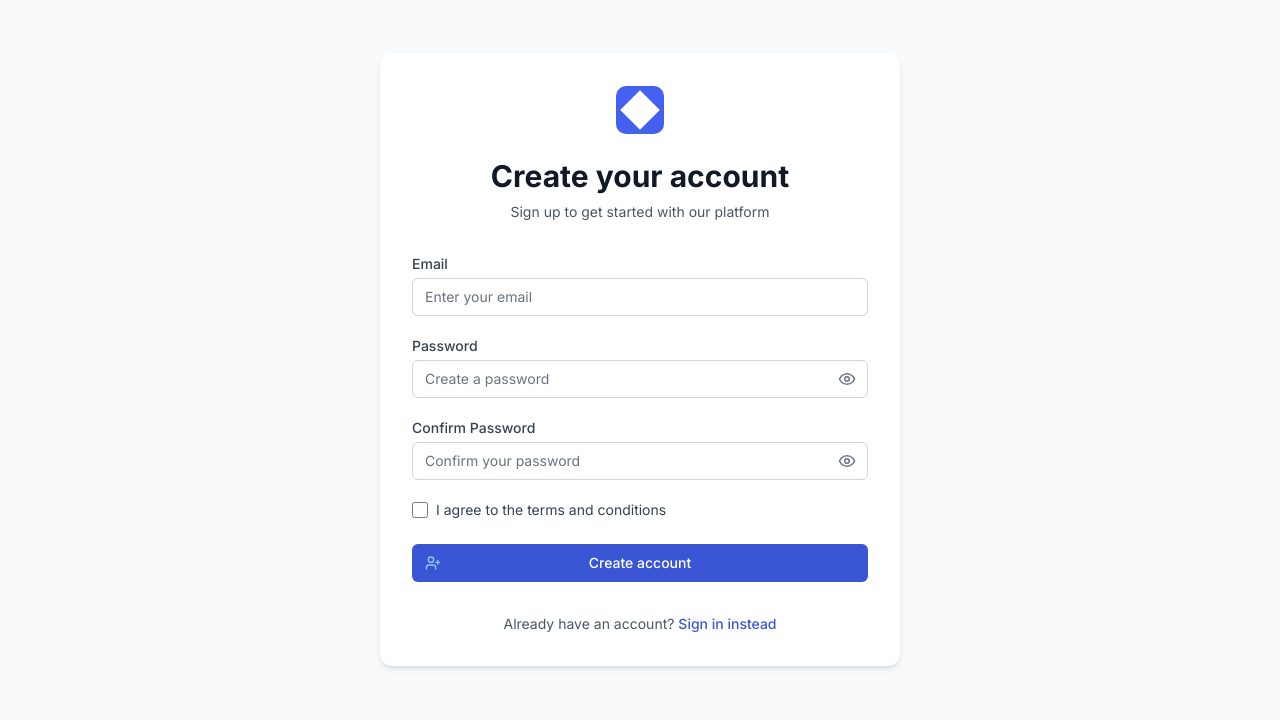
Repository: StoyanStoyanov1/DHS-Team
Page: /auth/register (app in dhs-admin-panel/)
These files come from the project's save history. The page is drawn as it stood at one moment and after the next save; the edit follows.
The browser window is 1280 px wide. The pictures show the whole page.
The page's requests for data from a server got no answer. The project was rebuilt for these pictures with package versions that can differ from the ones it lists, and the page was loaded fresh each time. The framework's server and built-in components were replaced by stand-ins that run in the browser. No one was signed in, and anything a server would have sent is missing. Also part of the build but not shown: dhs-admin-panel/next.config.js, dhs-admin-panel/src/components/SearchBar.tsx, dhs-admin-panel/src/components/Header.tsx, dhs-admin-panel/src/components/NavItem.tsx, dhs-admin-panel/src/components/Sidebar.tsx, dhs-admin-panel/src/components/Breadcrumb.tsx, dhs-admin-panel/src/components/PriveteRoute.tsx, dhs-admin-panel/src/components/Alert.tsx.

Above is the page before, as saved 2025-04-24 09:13:37.

After the next save:
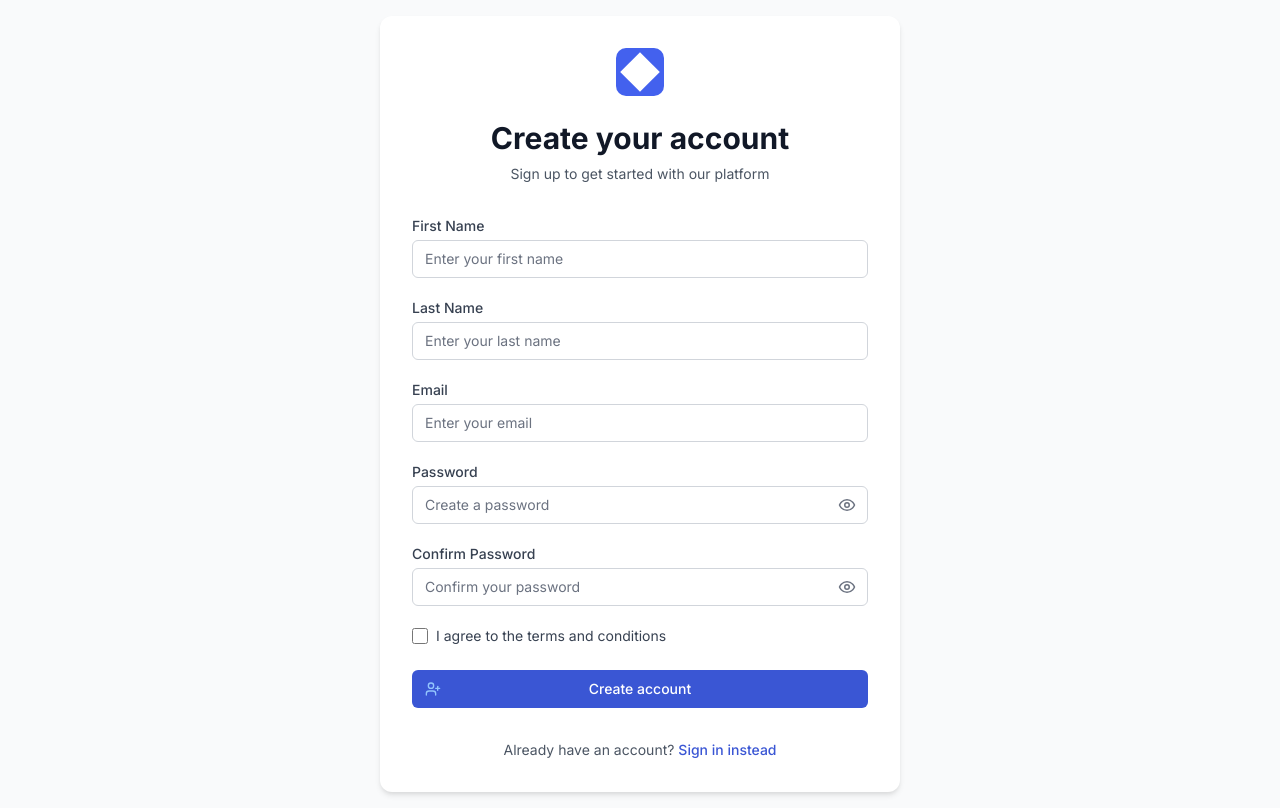
Saved 15 min 59 s later.
--- a/dhs-admin-panel/src/app/auth/register/page.tsx
+++ b/dhs-admin-panel/src/app/auth/register/page.tsx
@@ -13,6 +13,8 @@ export default function RegisterPage() {
     const { register, error, loading, validationErrors, clearErrors, user } = useAuth();
 
     const [formData, setFormData] = useState({
+        firstName: '',
+        lastName: '',
         email: '',
         password: '',
         confirmPassword: '',
@@ -27,7 +29,7 @@ export default function RegisterPage() {
     const handleKeyDown = (e: React.KeyboardEvent<HTMLInputElement>) => {
         if (e.key === 'ArrowDown' || e.key === 'Enter') {
             e.preventDefault();
-            const inputs = ['email', 'password', 'confirmPassword', 'terms'];
+            const inputs = ['firstName', 'lastName', 'email', 'password', 'confirmPassword', 'terms'];
             const currentIndex = inputs.indexOf(currentInput || '');
             const nextIndex = (currentIndex + 1) % inputs.length;
             const nextInput = document.getElementById(inputs[nextIndex]);
@@ -37,7 +39,7 @@ export default function RegisterPage() {
             }
         } else if (e.key === 'ArrowUp') {
             e.preventDefault();
-            const inputs = ['email', 'password', 'confirmPassword', 'terms'];
+            const inputs = ['firstName', 'lastName', 'email', 'password', 'confirmPassword', 'terms'];
             const currentIndex = inputs.indexOf(currentInput || '');
             const prevIndex = (currentIndex - 1 + inputs.length) % inputs.length;
             const prevInput = document.getElementById(inputs[prevIndex]);
@@ -79,8 +81,8 @@ export default function RegisterPage() {
         clearErrors();
 
         // Client-side validation
-        const { email, password, confirmPassword } = formData;
-        const validation = validateRegistrationForm(email, password, confirmPassword);
+        const { firstName, lastName, email, password, confirmPassword } = formData;
+        const validation = validateRegistrationForm(firstName, lastName, email, password, confirmPassword);
 
         if (!validation.valid) {
             setFormErrors(validation.errors);
@@ -88,7 +90,7 @@ export default function RegisterPage() {
         }
 
         // Proceed with registration
-        await register({ email, password, password_confirm: confirmPassword });
+        await register({ firstName, lastName, email, password, password_confirm: confirmPassword });
     };
 
     return (
@@ -118,6 +120,52 @@ export default function RegisterPage() {
 
                 <form className="mt-8 space-y-6" onSubmit={handleSubmit}>
                     <div className="space-y-5">
+                        <div>
+                            <label htmlFor="firstName" className="block text-sm font-medium text-gray-700 mb-1">
+                                First Name
+                            </label>
+                            <input
+                                id="firstName"
+                                name="firstName"
+                                type="text"
+                                required
+                                value={formData.firstName}
+                                onChange={handleInputChange}
+                                onKeyDown={handleKeyDown}
+                                onFocus={() => setCurrentInput('firstName')}
+                                className={`appearance-none relative block w-full px-3 py-2 border ${
+                                    formErrors.firstName ? 'border-red-300 focus:ring-red-500' : 'border-gray-300 focus:ring-blue-500'
+                                } placeholder-gray-500 text-gray-900 rounded-md focus:outline-none focus:ring-2 focus:border-transparent transition-all sm:text-sm`}
+                                placeholder="Enter your first name"
+                            />
+                            {formErrors.firstName && (
+                                <p className="mt-1 text-sm text-red-600">{formErrors.firstName}</p>
+                            )}
+                        </div>
+
+                        <div>
+                            <label htmlFor="lastName" className="block text-sm font-medium text-gray-700 mb-1">
+                                Last Name
+                            </label>
+                            <input
+                                id="lastName"
+                                name="lastName"
+                                type="text"
+                                required
+                                value={formData.lastName}
+                                onChange={handleInputChange}
+                                onKeyDown={handleKeyDown}
+                                onFocus={() => setCurrentInput('lastName')}
+                                className={`appearance-none relative block w-full px-3 py-2 border ${
+                                    formErrors.lastName ? 'border-red-300 focus:ring-red-500' : 'border-gray-300 focus:ring-blue-500'
+                                } placeholder-gray-500 text-gray-900 rounded-md focus:outline-none focus:ring-2 focus:border-transparent transition-all sm:text-sm`}
+                                placeholder="Enter your last name"
+                            />
+                            {formErrors.lastName && (
+                                <p className="mt-1 text-sm text-red-600">{formErrors.lastName}</p>
+                            )}
+                        </div>
+
                         <div>
                             <label htmlFor="email" className="block text-sm font-medium text-gray-700 mb-1">
                                 Email
